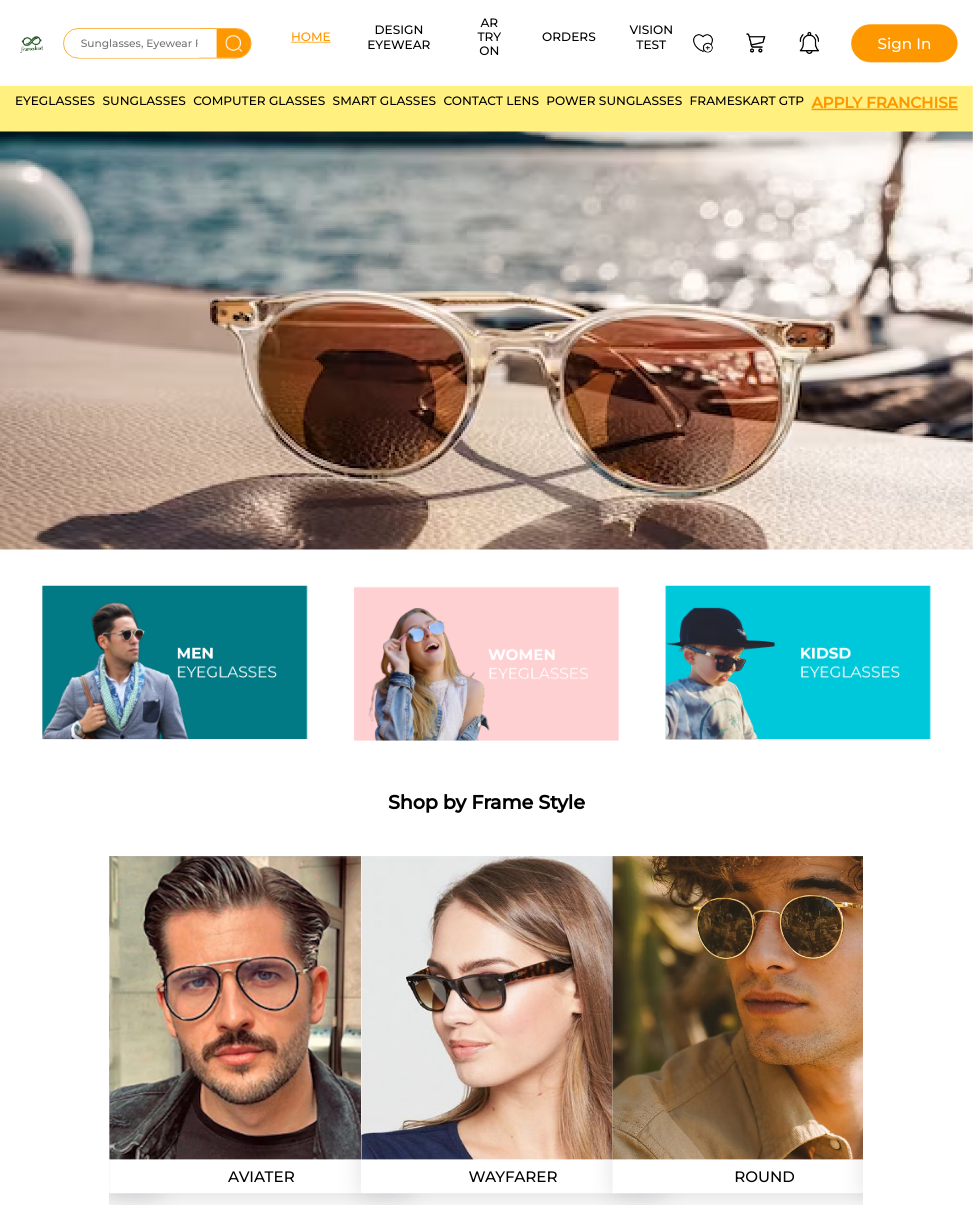
Repository: FlyweisReact/Frameskart
Page: /
The author's editor kept a copy of each file at every save. The page is drawn from the files as they stood at one save, then again after the next save.
The browser window is 1280 px wide. The pictures show the whole page, at 76% of full size.
The project was rebuilt for these pictures with package versions that can differ from the ones it lists, and the page was loaded fresh each time.

Above is the page before, as saved 2023-10-21 15:32:19.

### public/index.html
<!-- @format -->

<!DOCTYPE html>
<html lang="en">
  <head>
    <meta charset="utf-8" />
    <link rel="icon" href="%PUBLIC_URL%/favicon.ico" />
    <meta name="viewport" content="width=device-width, initial-scale=1" />
    <meta name="theme-color" content="#000000" />
    <meta
      name="description"
      content="Web site created using create-react-app"
    />
    <link rel="apple-touch-icon" href="%PUBLIC_URL%/logo192.png" />
    <link rel="manifest" href="%PUBLIC_URL%/manifest.json" />
    <link rel="preconnect" href="https://fonts.googleapis.com" />
    <link rel="preconnect" href="https://fonts.gstatic.com" crossorigin />
    <link
      href="https://fonts.googleapis.com/css2?family=Montserrat:wght@500&display=swap"
      rel="stylesheet"
    />
    <title>React App</title>
  </head>
  <body>
    <noscript>You need to enable JavaScript to run this app.</noscript>
    <div id="root"></div>
  </body>
</html>

### src/index.js
import React from 'react';
import ReactDOM from 'react-dom/client';
import './index.css';
import App from './App';
import 'bootstrap/dist/css/bootstrap.min.css';
import "slick-carousel/slick/slick.css";
import "slick-carousel/slick/slick-theme.css";

const root = ReactDOM.createRoot(document.getElementById('root'));
root.render(
  <React.StrictMode>
    <App />
  </React.StrictMode>
);

### src/App.js
/** @format */

import React from "react";
import { BrowserRouter, Route, Routes } from "react-router-dom";
import Home from "./Screen/Home";

// CSS
import './CSS/style.css'

const App = () => {
  return (
    <BrowserRouter>
      <Routes>
        <Route path="/" element={<Home />} />
      </Routes>
    </BrowserRouter>
  );
};

export default App;

### src/Screen/Home.js
/** @format */

import React from "react";
import ShopSlider from "../Component/Slider/ShopSlider";
import Navbar from "../Navbar/Navbar";

const Home = () => {
  return (
    <>
      <Navbar />

      <div className="Single_Banner">
        <img src="/Image/1.png" alt="" />
      </div>

      <div className="category-banner">
        <div className="Main">
          <img src="/Image/2.png" alt="" />
        </div>
        <div className="Main">
          <img src="/Image/3.png" alt="" />
        </div>
        <div className="Main">
          <img src="/Image/4.png" alt="" />
        </div>
      </div>

      <div className="bold-heading">
      <p>Shop by Frame Style</p>

      </div>

      <div  className="carousel-container" >
        <ShopSlider />
      </div>
    </>
  );
};

export default Home;

### src/CSS/style.css
/** @format */
/* Navbar */
.Nav {
  padding: 20px;
}
.Nav .header {
  display: flex;
  justify-content: space-between;
  gap: 20px;
  align-items: center;
}

.Nav .header .logo {
  width: 100px;
}

.Nav .header .logo img {
  width: 100%;
}
.Nav .header .mid-div {
  display: flex;
  gap: 20px;
  align-items: center;
}
.Nav .header .mid-div ul {
  display: flex;
  gap: 40px;
  align-items: center;
  list-style: none;
}
.Nav .header .mid-div ul li {
  color: #000;
  text-align: center;
  font-family: Montserrat;
  font-size: 16px;
  font-style: normal;
  font-weight: 500;
  line-height: normal;
  text-transform: uppercase;
  cursor: pointer;
}

.Nav .header .mid-div ul li.active {
  color: #fe9800;
  text-decoration: underline;
}

.Nav .header .icons {
  display: flex;
  gap: 40px;
  align-items: center;
}
.Nav .header .icons img {
  width: 30px;
  cursor: pointer;
}
.Nav .header .icons button {
  width: 140px;
  height: 50px;
  border-radius: 30px;
  background: #fe9800;
  border: 1px solid #fe9800;
  color: #fff;
  text-align: center;
  font-family: Montserrat;
  font-size: 20px;
  font-style: normal;
  line-height: normal;
  cursor: pointer;
}

.Nav .header .mid-div .search-div {
  display: flex;
  border-radius: 30px;
  border: 1px solid #fe9800;
  height: 40px;
  width: 300px;
  justify-content: space-between;
  padding-left: 20px;
}
.Nav .header .mid-div .search-div input {
  border: none;
  color: var(--Gray-lite, #a39999);
  text-align: center;
  font-family: Montserrat;
  font-size: 14px;
  font-style: normal;
  font-weight: 500;
  line-height: normal;
  outline: none;
  width: 70%;
  gap: 20px;
}
.Nav .header .mid-div .search-div div {
  border-radius: 0px 30px 30px 0px;
  background: #fe9800;
  width: 20%;
  display: flex;
  justify-content: center;
  align-items: center;
  padding: 10px;
}

/* Category Section */
.category-section {
  padding: 10px;
  background: rgba(255, 226, 0, 0.5);
}
.category-section ul {
  padding: 0;
  list-style: none;
  display: flex;
  justify-content: space-evenly;
}
.category-section ul li {
  color: #000;
  font-family: Montserrat;
  font-size: 16px;
  font-style: normal;
  font-weight: 500;
  line-height: normal;
  text-transform: uppercase;
  cursor: pointer;
}

.category-section ul li.apply {
  color: #fe9800;
  font-size: 20px;
  text-decoration-line: underline;
  font-weight: 700;
}

/* Banner */
.Single_Banner img {
  width: 100%;
  max-height: 550px;
  height: auto;
}

.category-banner {
  display: flex;
  justify-content: space-evenly;
  align-items: center;
  gap: 40px;
  padding: 40px;
  flex-wrap: wrap;
}
.category-banner .Main {
  width: 30%;
}
.category-banner .Main img {
  max-width: 100%;
  width: auto;
  height: auto;
  display: block;
  margin: auto;
}
@media (max-width: 768px) {
  .category-banner .Main {
    width: 100%;
  }
  .category-banner {
    padding: 0;
    gap: 10px;
  }
}

.carousel-container {
  width: 100%;
  overflow: hidden;
  padding: 20px;
}

.shop_slider {
  max-width: 80%;
  display: block;
  margin: auto;
}
.shop_slider .Main {
  width: 400px !important;
  display: block !important;
  margin: auto !important;
  background-color: #fff;
  box-shadow: rgba(100, 100, 111, 0.2) 0px 7px 29px 0px;
}
.shop_slider .Main img {
  width: 100%;
  height: 400px;
}
.shop_slider .Main p {
  padding: 10px;
  text-align: center;
  color: #000;
  text-align: center;
  font-family: Montserrat;
  font-size: 20px;
  font-style: normal;
  line-height: normal;
}

@media (max-width: 768px) {
  .carousel-container {
    padding: 0;
  }
  .shop_slider {
    width: 100% !important;
    padding: 0;
    max-width: 100%;
    padding: 20px;
  }
  .shop_slider .Main {
    width: 100% !important;
  }
  .shop_slider .Main img {
    width: 100% !important;
    height: 300px;
  }
}

.bold-heading {
  text-align: center;
  padding: 20px;
}
.bold-heading p {
  color: #000;
  font-family: Montserrat;
  font-size: 25px;
  font-style: normal;
  font-weight: 600;
  line-height: normal;
}

### src/Component/Slider/ShopSlider.js
/** @format */
import Slider from "react-slick";

const ShopSlider = () => {
  const settings = {
    dots: false,
    infinite: true,
    speed: 500,
    slidesToShow: 3,
    slidesToScroll: 1,
    autoplay: false,
    autoplaySpeed: 3000,
    responsive: [
      {
        breakpoint: 1024,
        settings: {
          slidesToShow: 3,
          slidesToScroll: 3,
          infinite: true,
          dots: true,
        },
      },
      {
        breakpoint: 600,
        settings: {
          slidesToShow: 2,
          slidesToScroll: 2,
          initialSlide: 2,
        },
      },
      {
        breakpoint: 480,
        settings: {
          slidesToShow: 1,
          slidesToScroll: 1,
        },
      },
    ],
  };

  return (
    <Slider {...settings} className="shop_slider">
      <div className="Main">
        <img src="/Image/5.png" alt="" />
        <p>AVIATER</p>
      </div>
      <div className="Main">
        <img src="/Image/6.png" alt="" />
        <p>WAYFARER</p>
      </div>
      <div className="Main">
        <img src="/Image/7.png" alt="" />
        <p>ROUND</p>
      </div>
      <div className="Main">
        <img src="/Image/8.png" alt="" />
        <p>HEXA</p>
      </div>
      <div className="Main">
        <img src="/Image/9.png" alt="" />
        <p>TRANSPARENT </p>
      </div>
      <div className="Main">
        <img src="/Image/10.png" alt="" />
        <p>CAT EYE </p>
      </div>
    </Slider>
  );
};

export default ShopSlider;

### src/Navbar/Navbar.js
/** @format */

import React from "react";
import Category from "../Component/Category";

const Navbar = () => {
  return (
    <>
      <div className="Nav">
        <div className="header">
          <div className="logo">
            <img src="/Image/logo.png" alt="" />
          </div>

          <div className="mid-div">
            <div className="search-div">
              <input type="text" placeholder="Sunglasses, Eyewear Frames" />
              <div>
                <img src="/Image/searchIcon.png" alt="" />
              </div>
            </div>

            <ul>
              <li className="active">Home</li>
              <li>Design Eyewear</li>
              <li>AR try on</li>
              <li>orders</li>
              <li>vision test</li>
            </ul>
          </div>

          <div className="icons">
            {/* <img src='/Image/wallet.png' alt='' /> */}
            <img src="/Image/heart.png" alt="" />
            <img src="/Image/cart.png" alt="" />
            <img src="/Image/bell.png" alt="" />
            {/* <img src='/Image/user.png' alt='' /> */}
            <button>Sign In</button>
          </div>
        </div>
      </div>


      {/* Category Section */}
      <Category />
    </>
  );
};

export default Navbar;

### src/Component/Category.js
/** @format */

import React from "react";

const Category = () => {
  return (
    <div className="category-section">
      <ul>
        <li>EYEGLASSES</li>
        <li>SUNGLASSES</li>
        <li>COMPUTER GLASSES</li>
        <li>Smart Glasses</li>
        <li>CONTACT LENS</li>
        <li>POWER SUNGLASSES</li>
        <li>Frameskart GTP</li>
        <li className="apply"> Apply Franchise</li>
      </ul>
    </div>
  );
};

export default Category;

Loaded but not shown: src/index.css (common file)

After the next save:
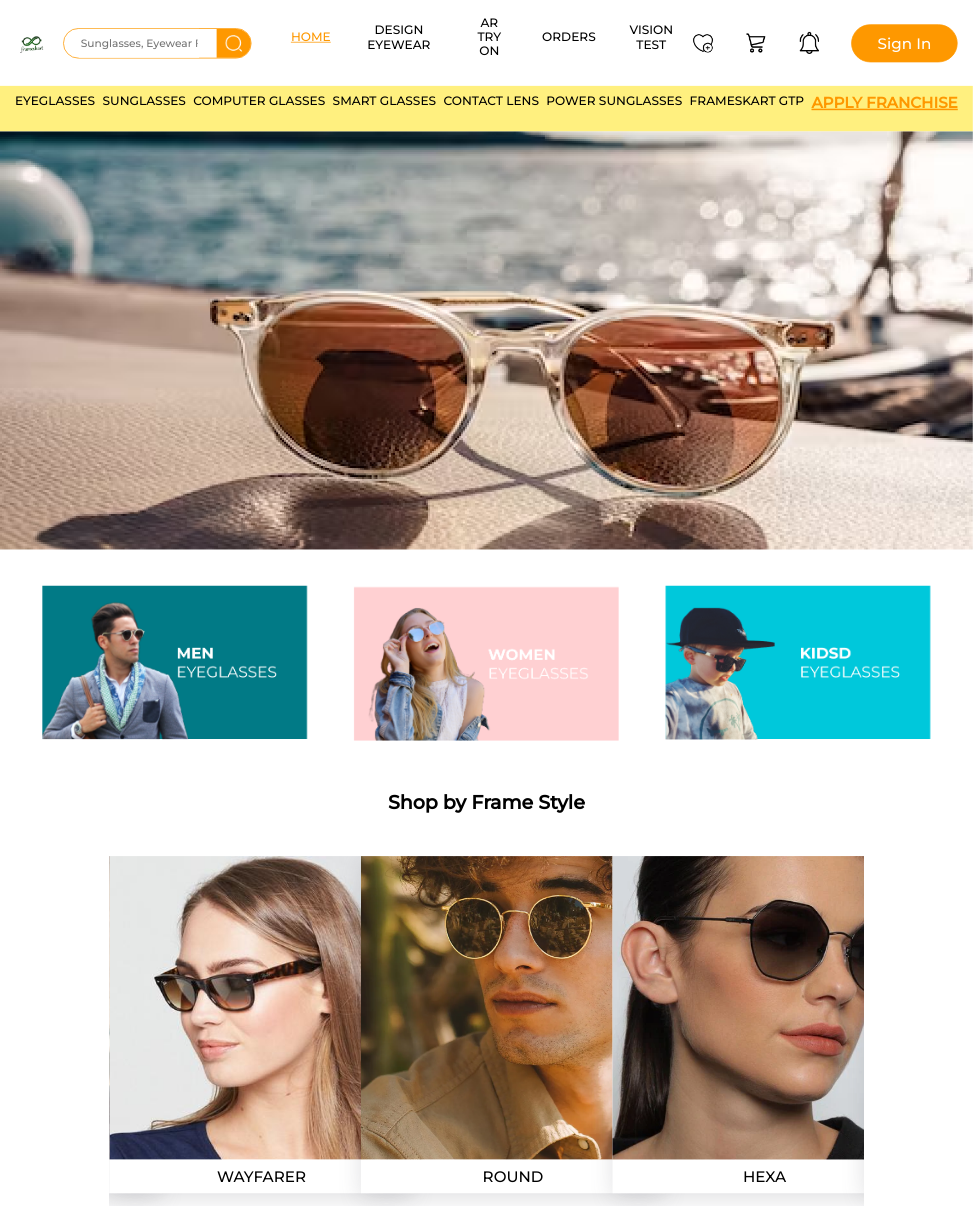
Saved 18 s later.
--- a/src/Component/Slider/ShopSlider.js
+++ b/src/Component/Slider/ShopSlider.js
@@ -8,7 +8,7 @@
     speed: 500,
     slidesToShow: 3,
     slidesToScroll: 1,
-    autoplay: false,
+    autoplay: true,
     autoplaySpeed: 3000,
     responsive: [
       {
